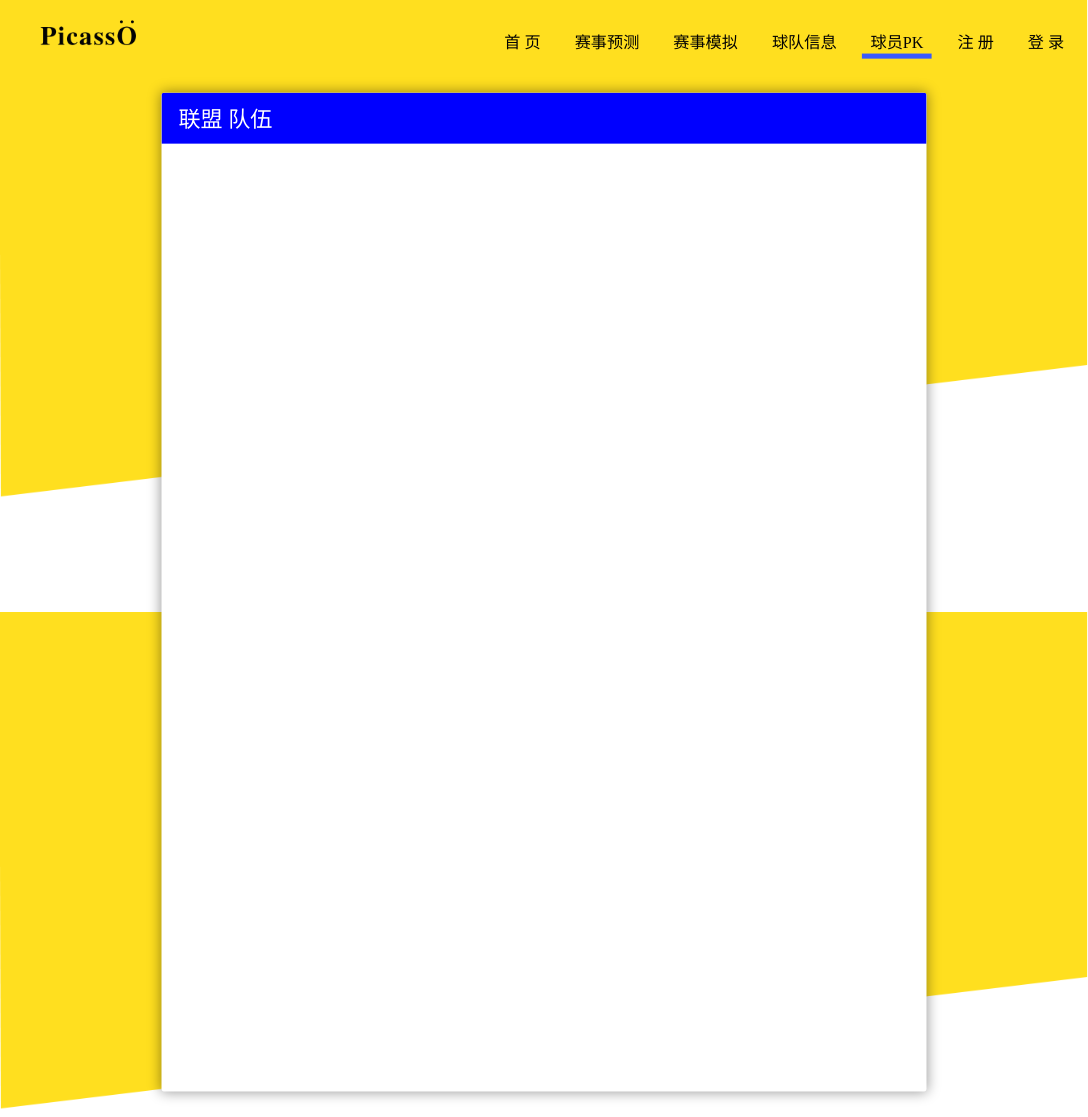
Repository: cciixx/nba-prediction-sys
Page: public/player_PK.html
The author's editor kept a copy of each file at every save. The page is drawn from the files as they stood at one save, then again after the next save.
The browser window is 1280 px wide. The pictures show the whole page, at 85% of full size.
The page's requests for data from a server got no answer. Backgrounds fixed to the window are drawn as part of the page.

Above is the page before, as saved 2020-04-04 14:31:24.

After the next save:
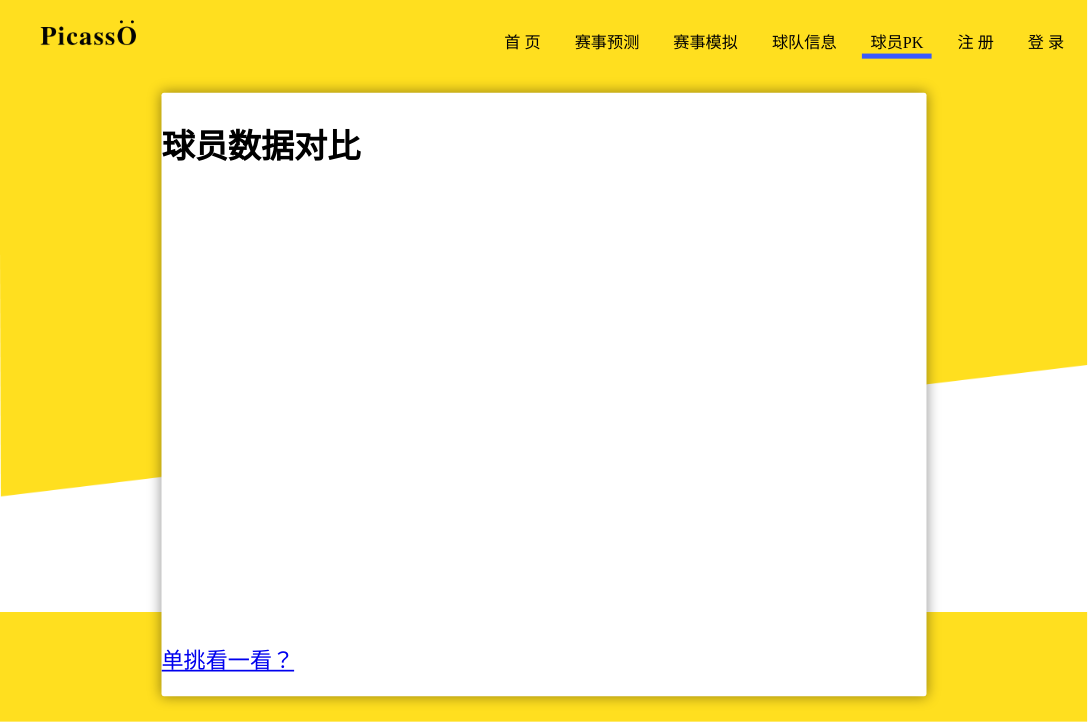
Saved 15 min 28 s later.
--- a/public/player_PK.html
+++ b/public/player_PK.html
@@ -2,11 +2,10 @@
 <html>
 <head>
 <meta charset="utf-8">
-<title>NBA预测系统-球队信息</title>
+<title>NBA预测系统-球员PK</title>
     <link  href="css/navl.css" rel="stylesheet" type="text/css">
-    <link  href="css/team_index.css" rel="stylesheet" type="text/css">
-    <script type="text/javascript" src="./JS/jquery-3.4.1.js"></script>
-    <script type="text/javascript" src="./JS/team_index.js"></script>
+    <link  href="css/player_PK.css" rel="stylesheet" type="text/css">
+    <script  src="JS/echarts.min.js"></script>
 	<style>
 		body{background-image: url(images/half_yellow.png);}
 	</style>
@@ -25,10 +24,16 @@
             <img src="images/logo.png", id="logo">
         </ul></div>
 
-
         <div class="wrapper">
-            <div class="team_bg">
-                <div class="list-title", id='title'><div style="padding: 10px;"><span>联盟 队伍</span></div></div>
+            <div class="bg">
+                <h2>球员数据对比</h2>
+                <div class="name">
+                    <div><h3 id="player1_name"></h3></div>
+                    <div><h3 id="player2_name"></h3></div>
+                </div>
+                <div class="chart", id="chartmain"></div>
+                <p><a href="1V1.html" id="jump">单挑看一看？</a></p>
+            </div>
         </div>
     </div>
 </body>
